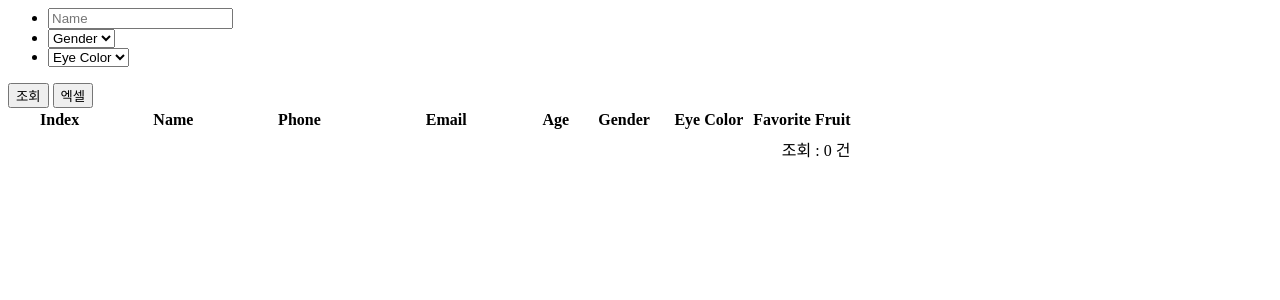
Repository: bbalganjjm/natural_js_boot
Page: src/main/resources/static/html/com/app/sample/type0101.html
An editor plug-in stored every save of this project. The page is shown before and after the next save, followed by the edit.
The browser window is 1280 px wide. The pictures show the whole page.

Above is the page before, as saved 2021-03-17 15:19:26.
Console error: ReferenceError: N is not defined

### src/main/resources/static/html/com/app/sample/type0101.html
<article class="type0101">
    <div id="search" class="form__">
        <div class="criteria-panel">
            <ul>
                <li><input id="name" type="text" class="mdc-text-field" placeholder="Name" data-type="filled"></li>
                <li><select id="gender"><option value="">Gender</option></select></li>
                <li><select id="eyeColor"><option value="">Eye Color</option></select></li>
            </ul>
        </div>
    </div>
    <div class="btn-panel">
        <button id="btnSearch" class="btn-search mdc-button mdc-button--raised">조회</button>
        <button id="btnExcel" class="mdc-button">엑셀</button>
    </div>

    <table id="master" class="grid__">
        <colgroup>
            <col style="width: 12%;">
            <col style="width: 15%;">
            <col style="width: 15%;">
            <col style="width: auto;">
            <col style="width: 6%;">
            <col style="width: 10%;">
            <col style="width: 10%;">
            <col style="width: 12%;">
        </colgroup>
        <thead>
            <tr>
                <th>Index</th>
                <th>Name</th>
                <th>Phone</th>
                <th>Email</th>
                <th data-filter="true">Age</th>
                <th data-filter="true">Gender</th>
                <th data-filter="true">Eye Color</th>
                <th data-filter="true">Favorite Fruit</th>
            </tr>
        </thead>
        <tbody>
            <tr style="text-align: center;">
                <td id="index"></td>
                <td id="name" style="text-align: left;"></td>
                <td id="phone"></td>
                <td id="email" style="text-align: left;"></td>
                <td id="age"></td>
                <td id="gender"></td>
                <td id="eyeColor"></td>
                <td id="favoriteFruit"></td>
            </tr>
        </tbody>
        <tfoot>
            <tr>
                <td colspan="11" style="text-align: right;"><span>조회 : </span> <span id="totalCnt">0</span> 건</td>
            </tr>
        </tfoot>
    </table>
</article>

<script type="text/javascript">
(function() {

    var cont = N(".type0101").cont({
        "p.select.gender" : [ "gender" ],
        "p.select.eyeColor" : [ "eyeColor" ],
        "p.select.favoriteFruit" : [ "favoriteFruit" ],
        "p.form.search" : {
            "usage" : "search-box"
        },
        "p.grid.master" : {
            "action" : "bind",
            filter : false,
            height : 350,
            onBind : function(context, data) {
                N("#totalCnt", cont.view).text(N.formatter.commas(String(data.length)));
            }
        },
        "c.getSampleList" : function() {
            return cont["p.form.search"].data(false).comm("sample/getSampleBigList.json");
        },
        "e.btnSearch.click" : function(e) {
            e.preventDefault();

            if (cont["p.form.search"].validate()) {
                cont["c.getSampleList"]().submit(function(data) {
                    // N.grid bind
                    cont["p.grid.master"].bind(data);
                });
            }
        },
        "e.btnExcel.click" : function(e) {
            e.preventDefault();

            if (cont["p.form.search"].validate()) {
                cont["c.getSampleList"]().excelStreaming([ "대용량 샘플 목록", cont["p.grid.master"] ]);
            }
        },
        init : function(view, request) {
            // cont.opener는 탭이 포함된 부모페이지의 Controller Object.
            if(cont.opener) {
                cont["p.form.search"].context().hide().prev("h3").hide().prev(".view-intro").hide();
            }
        }
    });

})();
</script>

After the next save:
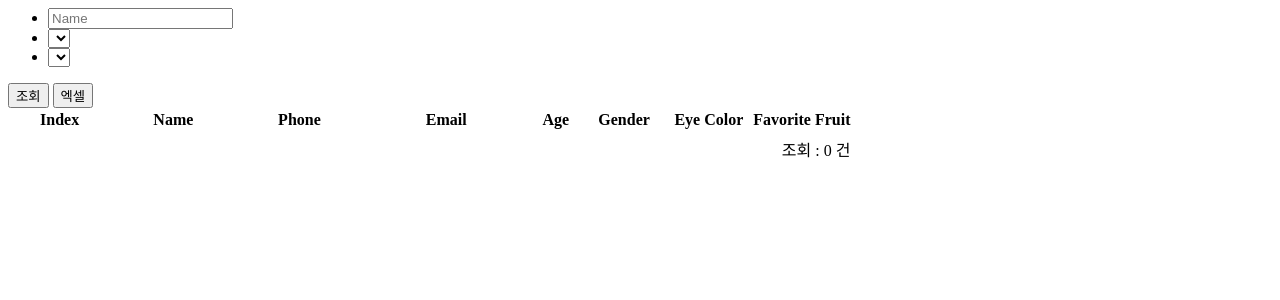
Saved 75 s later.
--- a/src/main/resources/static/html/com/app/sample/type0101.html
+++ b/src/main/resources/static/html/com/app/sample/type0101.html
@@ -3,8 +3,8 @@
         <div class="criteria-panel">
             <ul>
                 <li><input id="name" type="text" class="mdc-text-field" placeholder="Name" data-type="filled"></li>
-                <li><select id="gender"><option value="">Gender</option></select></li>
-                <li><select id="eyeColor"><option value="">Eye Color</option></select></li>
+                <li><select id="gender" class="mdc-njs-select" data-label="Gender"><option value=""></option></select></li>
+                <li><select id="eyeColor" class="mdc-njs-select" data-label="Eye Color"><option value=""></option></select></li>
             </ul>
         </div>
     </div>
